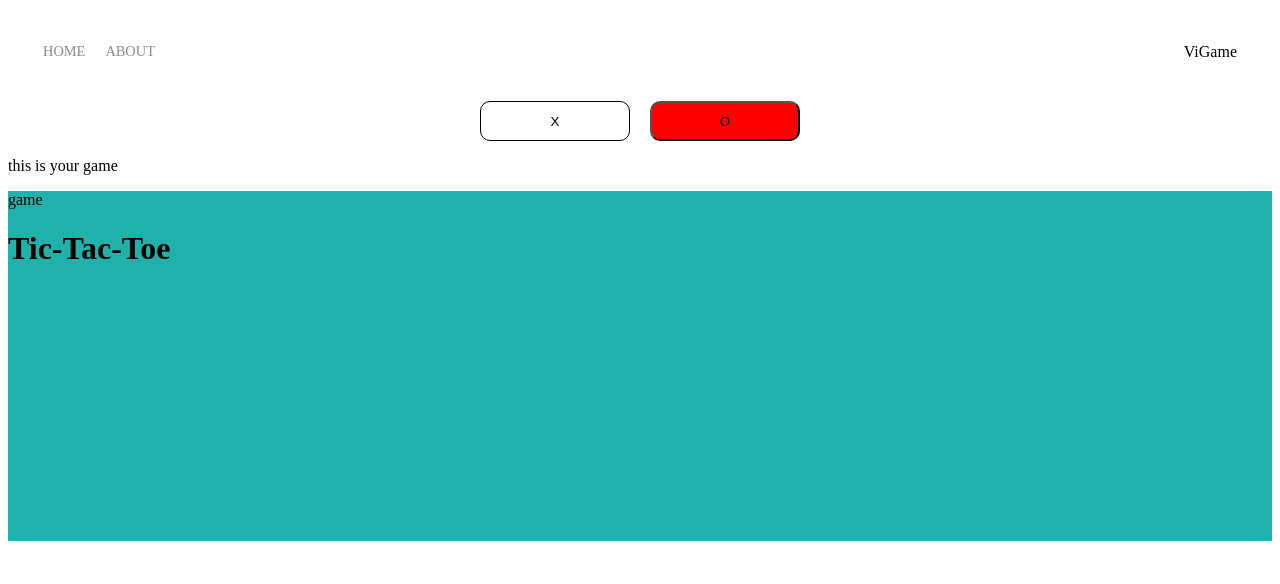
Repository: vahid242/viGame
Page: http://localhost/tic-tac-toe
The author's editor kept a record of every edit. The page is drawn from the files as they stood at one moment, then again after the next edit.
The browser window is 1280 px wide. The pictures show the whole page.
The page is served by the project's Node server (v1/app.js).

Above is the page before.

### v1/views/tic.ejs
<!DOCTYPE html>
<html>
    <head>
        <title>Page Title</title>
        <link rel="stylesheet" href="/stylesheets/tic.css">
    </head>
    <body>
        <div class="container">
                <div class="nav-wrapper">
        <div class="left-side">
            <div class="nav-link-wrapper">
                <a href="/">Home</a>
            </div>

            <div class="nav-link-wrapper">
                <a href="/">About</a>
            </div>
        </div>

        <div class="right-side">
            <div class="brand">
                <div>ViGame</div>
            </div>
        </div>
    </div>

            <div class="upside">
                <div class="choose">
                    <button class="chooseBox" id="xChose">X</button>
                    <!--<div class="chooseBox" id="xChose">X</div>-->
                    <button class="chooseBox" id="oChose">O</button>
                    <!--<div class="chooseBox" id="oChose">O</div>-->
                </div>
                <div id="userChose">
                    <p id="para">this is your game</p>
                </div>
            </div>

            <div class="downside">
                <!-- display the board-->
                <div>game</div>
                <div class="container-board">
              <h1>Tic-Tac-Toe</h1>
              <div class="play-area">
                <div id="block_0" class="block"></div>
                <div id="block_1" class="block"></div>
                <div id="block_2" class="block"></div>
                <div id="block_3" class="block"></div>
                <div id="block_4" class="block"></div>
                <div id="block_5" class="block"></div>
                <div id="block_6" class="block"></div>
                <div id="block_7" class="block"></div>
                <div id="block_8" class="block"></div>
              </div>
            </div>
            </div>
        </div>
    </body>
    <script src="/scripts/tic.js"></script>
</html>

### v1/app.js
var express = require("express");
var app = express();

app.set("view engine", "ejs");
app.use(express.static("public"));

app.get("/", function(req, res){
    res.render("home");
});

app.get("/tic-tac-toe", function(req, res){
    res.render("tic");
});

app.listen(process.env.PORT, process.env.IP, function(){
    console.log("The server has started");
});

### v1/public/stylesheets/tic.css
/*body{*/

/*}*/

/* Nav stylyes*/
.nav-wrapper{
    display: flex;
    justify-content:space-between;
    padding:35px;
}
.left-side{
    display: flex;
}

.nav-wrapper > .left-side > div{
    margin-right: 20px;
    font-size: 0.9em;
    text-transform: uppercase;
}

.nav-link-wrapper{
    height: 22px;
    border-bottom: 1px solid transparent;
    transition: border-bottom 0.5s;
}

.nav-link-wrapper a{
    color: #8a8a8a;
    text-decoration: none;
    transition: color 0.5s;
}

.nav-link-wrapper:hover {
    border-bottom:1px solid black;
}

.nav-link-wrapper a:hover{
    color: black;
}

/*upside style */

.choose{
    display: flex;
    justify-content: center;
    text-align: center;
    line-height:40px;
}

#xChose{
    border:1px solid black;
    background-color: white;
    width: 150px;
    height: 40px;
    border-radius: 10px;
    margin: 0 10px;
}
#xChose:hover {
	box-shadow: 0 3px black;
	top: 2px;
}

#oChose{
    background-color: red;
    width: 150px;
    height: 40px;
    border-radius: 10px;
    margin: 0 10px;
}
.downside{
    background-color:#20B2AA;
    margin-bottom: 0;
    height: 350px;
}

### v1/public/scripts/tic.js
var xchose = document.getElementById("xChose");
var ochose = document.getElementById("oChose");
var para = document.getElementById("para");
var userChose = 0;
xchose.onclick = function(){
    userChose = 1;
    para.innerHTML = "X turn"
}

ochose.onclick = function(){
    userChose = -1;
    para.innerHTML = "O turn"
}


if(userChose === "X"){
    userChose = 1;
    para.innerHTML = "X turn";
}
// else if(userChose === "O") {
//     para.innerHTML = "O turn";
// }

After the next edit:
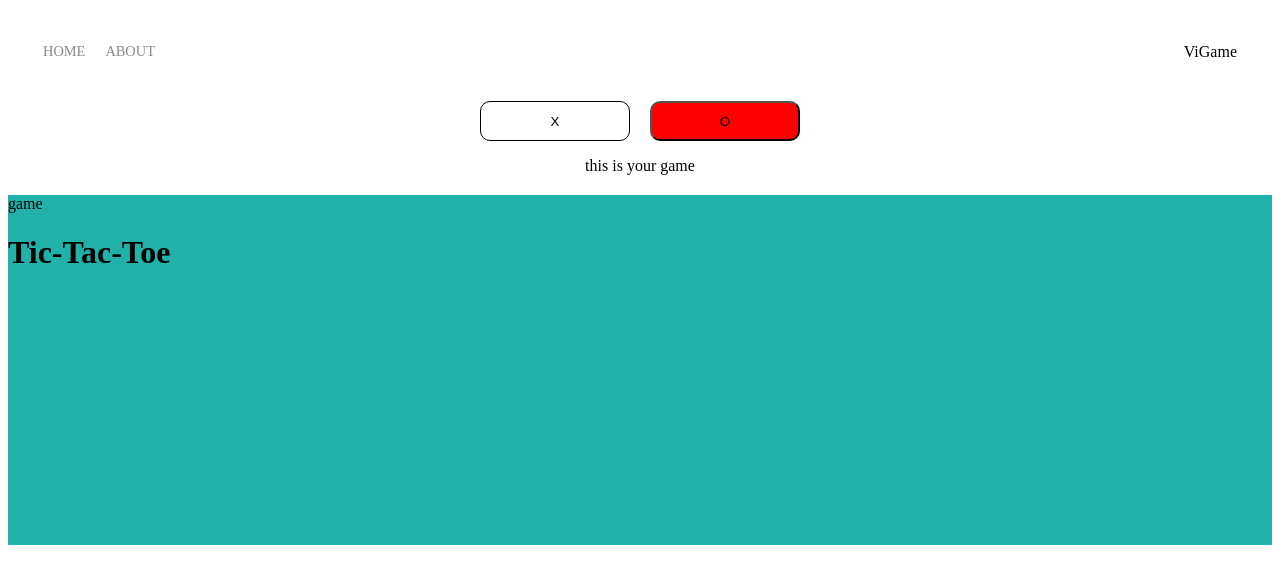
The edit:
--- a/v1/public/stylesheets/tic.css
+++ b/v1/public/stylesheets/tic.css
@@ -39,7 +39,10 @@
 }
 
 /*upside style */
-
+.upside{
+    margin-bottom: 20px;
+    text-align: center;
+}
 .choose{
     display: flex;
     justify-content: center;
